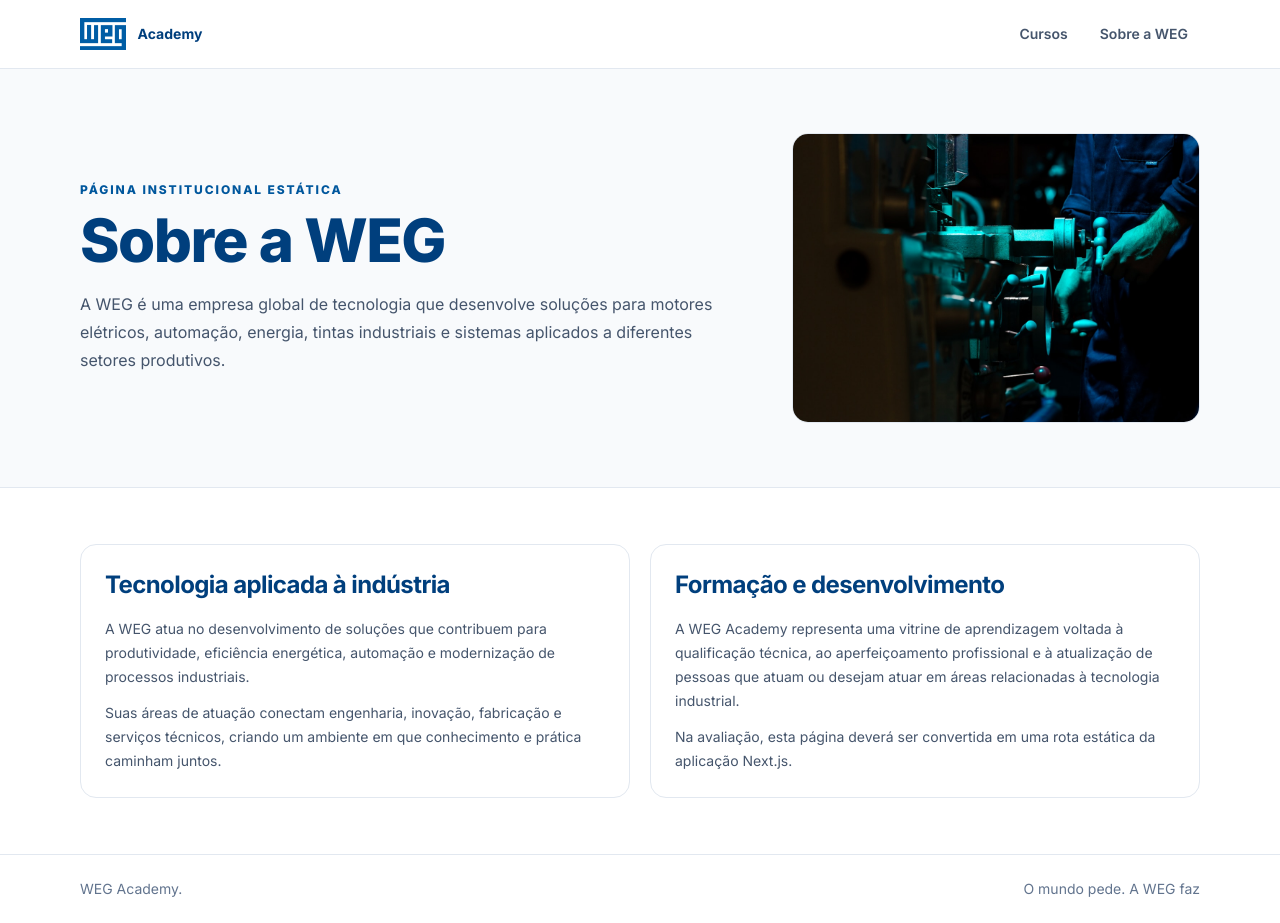
Repository: gustavoheckESTUDANTE/prova-next-mi79
Page: /sobre
An editor plug-in stored every save of this project. The page is shown before and after a run of saves, followed by the edit.
The browser window is 1280 px wide. The pictures show the whole page.
The project was rebuilt for these pictures with package versions that can differ from the ones it lists, and the page was loaded fresh each time. The framework's server and built-in components were replaced by stand-ins that run in the browser. Also part of the build but not shown: next.config.mjs.

Above is the page before, as saved 2026-07-10 10:26:51.

After the next 2 saves:
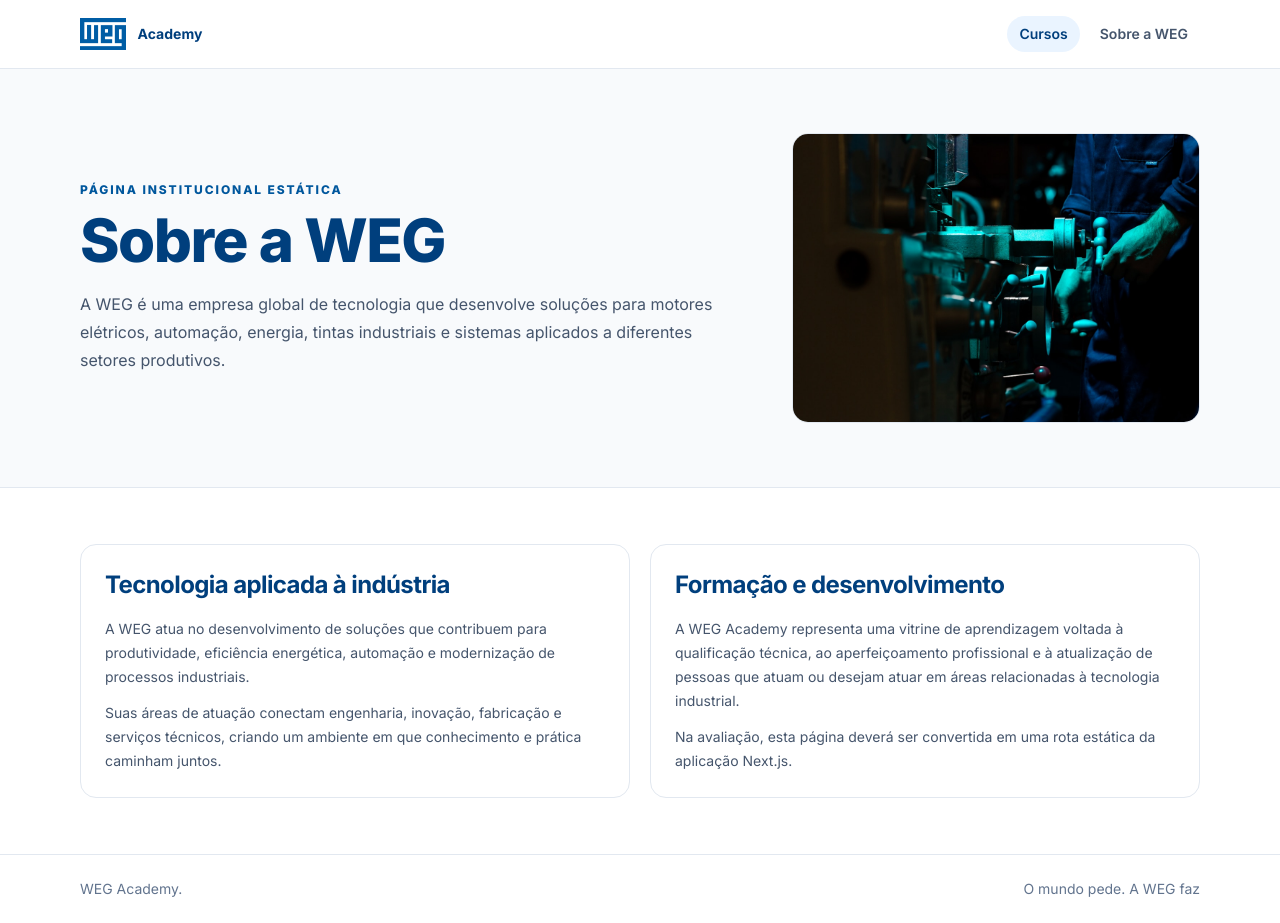
The 2 saves are shown as one change because 1 did not build or start.
The last was saved 8 s later.
--- a/src/components/shared/Header.js
+++ b/src/components/shared/Header.js
@@ -16,30 +16,29 @@
     let cursosButtonClassName;
     let aboutButtonClassName;
 
-    const switchColors = () => {
-        if (buttonState === buttonNavStates.COURSES) {
-            cursosButtonClassName = "bg-weg-light text-weg-dark"
-            aboutButtonClassName = "hover:bg-slate-100"
-        } else if (buttonState === buttonNavStates.ABOUT) {
-            cursosButtonClassName = "hover:bg-slate-100"
-            aboutButtonClassName = "bg-weg-light text-weg-dark"
-        } else {
-            cursosButtonClassName = "hover:bg-slate-100"
-            aboutButtonClassName = "hover:bg-slate-100"
-        }
+    if (buttonState === buttonNavStates.COURSES) {
+        cursosButtonClassName = "bg-weg-light text-weg-dark"
+        aboutButtonClassName = "hover:bg-slate-100"
+    } else if (buttonState === buttonNavStates.ABOUT) {
+        cursosButtonClassName = "hover:bg-slate-100"
+        aboutButtonClassName = "bg-weg-light text-weg-dark"
+    } else {
+        cursosButtonClassName = "hover:bg-slate-100"
+        aboutButtonClassName = "hover:bg-slate-100"
     }
+
 
     return <>
         <header className="border-b border-slate-200 bg-white">
             <div className="mx-auto flex max-w-6xl flex-col gap-4 px-4 py-4 md:flex-row md:items-center md:justify-between">
-                <a href="/" onClick={() => { setButtonState(buttonNavStates.COURSES)}} className="flex items-center gap-3" aria-label="Página inicial WEG Academy">
+                <a href="/" onClick={() => { setButtonState(buttonNavStates.COURSES) }} className="flex items-center gap-3" aria-label="Página inicial WEG Academy">
                     <Image src="/img/logo-weg.png" width={200} height={200} alt="Logo WEG" className="h-8 w-auto"></Image>
                     <span className="text-sm font-bold text-weg-dark">Academy</span>
                 </a>
 
                 <nav className="flex items-center gap-2 text-sm font-semibold text-slate-600" aria-label="Navegação principal">
                     <a href="/" onClick={() => { setButtonState(buttonNavStates.COURSES) }} className={"rounded-full px-3 py-2 " + cursosButtonClassName}>Cursos</a>
-                    <a href="sobre" onClick={() => { setButtonState(buttonNavStates.ABOUT)}} className={"rounded-full px-3 py-2 " + aboutButtonClassName}>Sobre a WEG</a>
+                    <a href="sobre" onClick={() => { setButtonState(buttonNavStates.ABOUT) }} className={"rounded-full px-3 py-2 " + aboutButtonClassName}>Sobre a WEG</a>
                 </nav>
             </div>
         </header>
